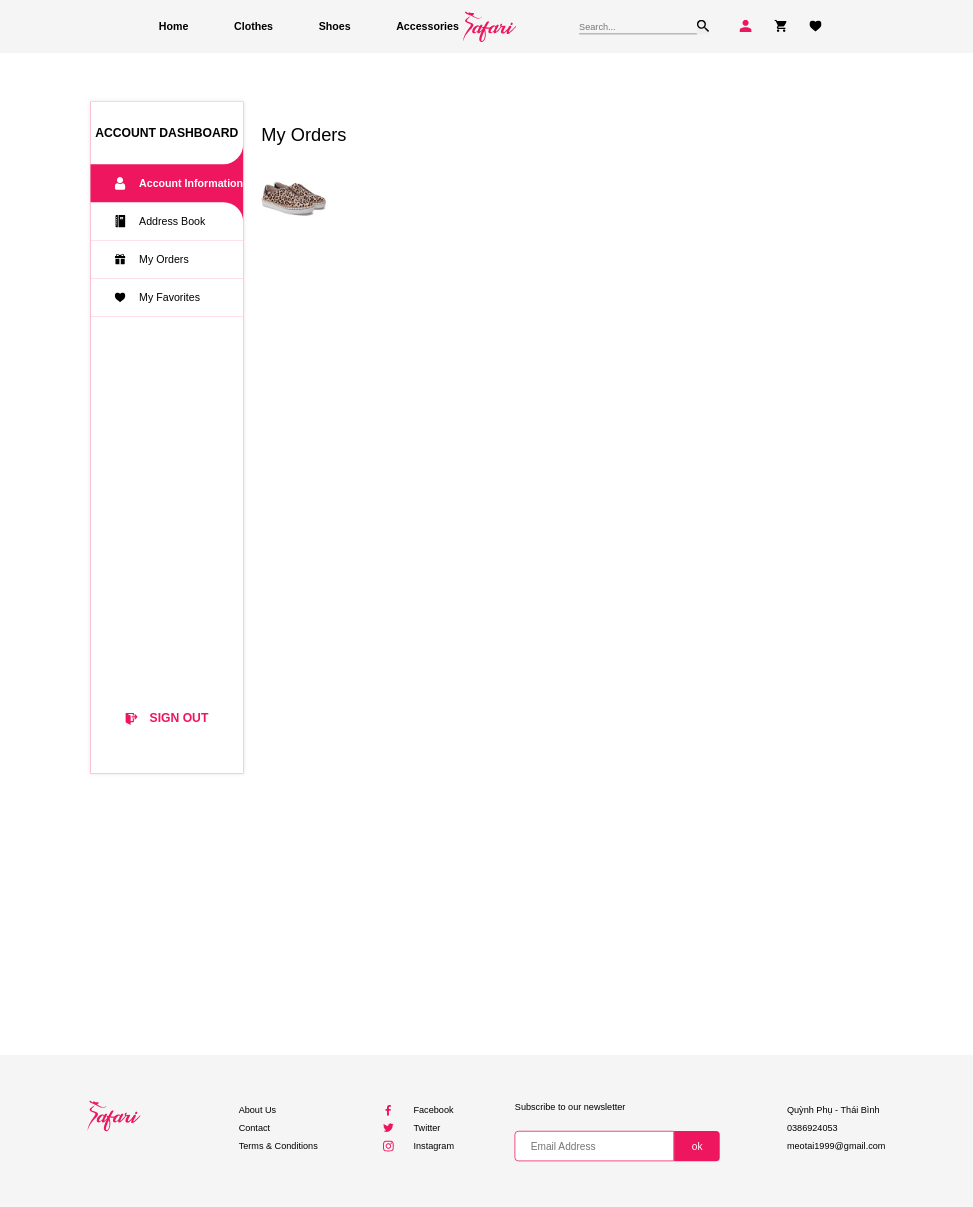
Repository: tboy1999/safari
Page: views/user.html
These files come from the project's save history. The page is drawn as it stood at one moment and after the next save; the edit follows.
The browser window is 1280 px wide. The pictures show the whole page, at 76% of full size.
Some web libraries are served in a nearby version. The style sheet was rebuilt from its Sass, Less or Tailwind sources for each picture, by a compiler version that may differ from the author's.

Above is the page before, as saved 2022-04-28 17:04:41.

After the next save:
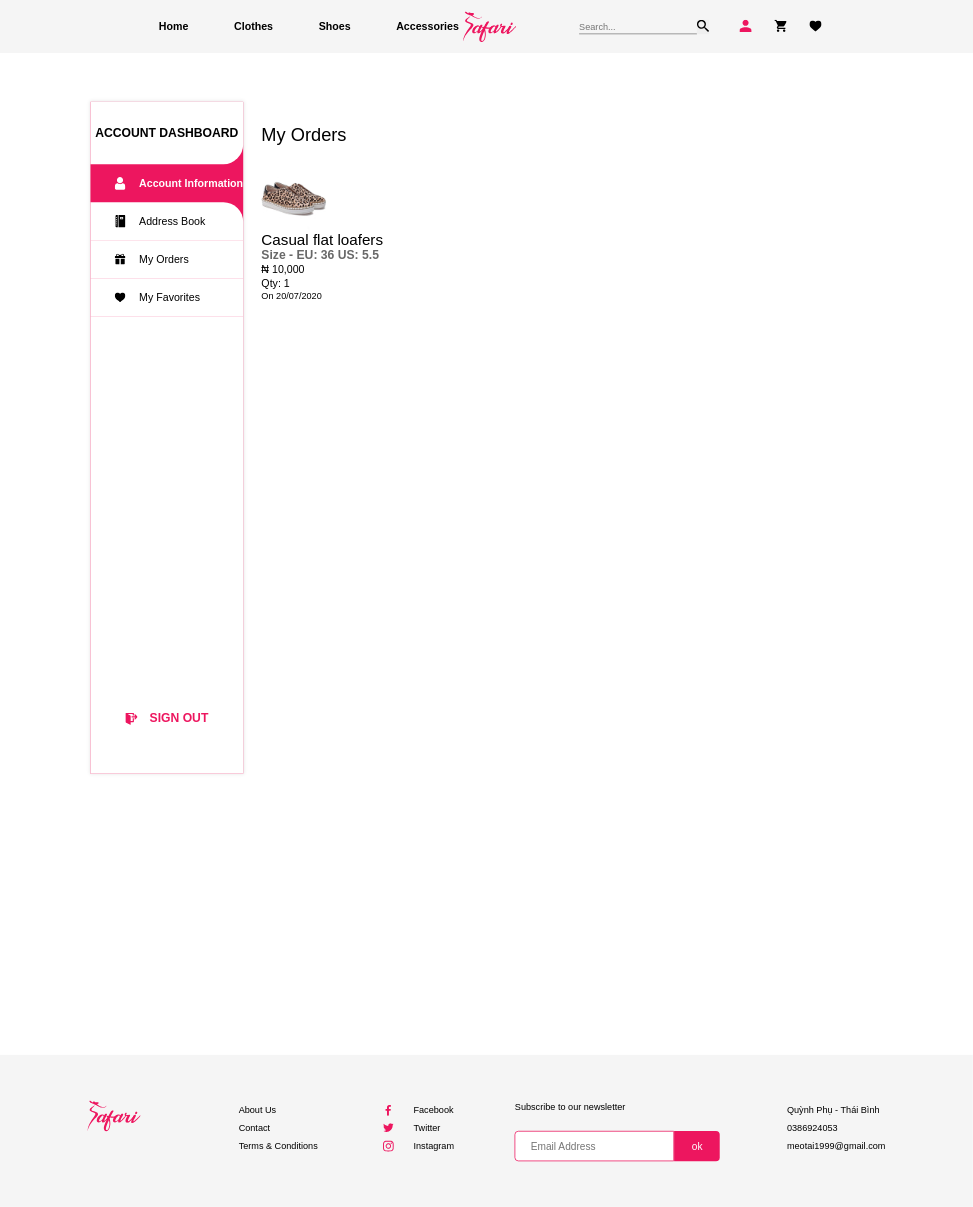
Saved 111 s later.
--- a/views/user.html
+++ b/views/user.html
@@ -149,6 +149,13 @@
                     <div class="my-orders__left">
                       <img src="../image/cart/cart1.jpg" alt="">
                     </div>
+                    <div class="my-orders__right">
+                      <h4 class="fz20">Casual flat loafers</h4>
+                      <p class="fz16">Size - EU: 36 US: 5.5</p>
+                      <span class="fz14">₦ 10,000</span>
+                      <p class="fz14">Qty: 1</p>
+                      <p class="fz12">On 20/07/2020</p>
+                    </div>
                   </div>
                   <div class="my-orders__price"></div>
                   <div class="my-orders__delivery"></div>
